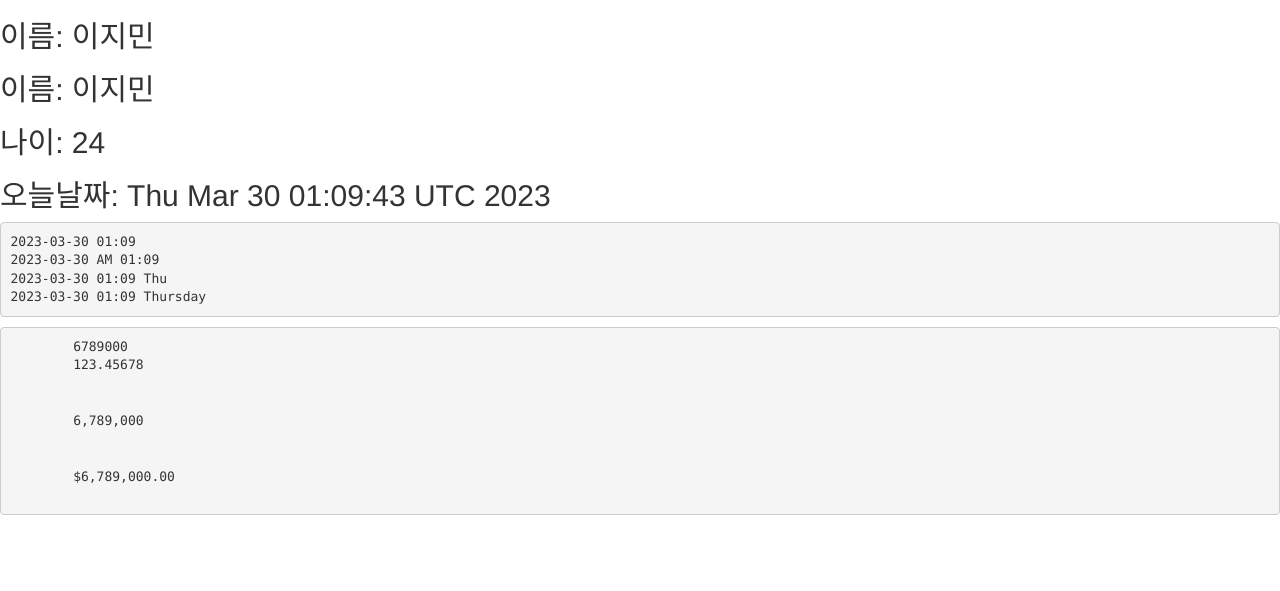
Repository: jungbee2/jungproject
Page: http://localhost/JstlProject/day0330/ex2_jstl_format.jsp
These files come from the project's save history. The page is drawn as it stood at one moment and after the next save; the edit follows.
The browser window is 1280 px wide. The pictures show the whole page.
Some web fonts or font styles are not loaded; a fallback is used. The page is served by Tomcat 9. Other server files are loaded and not shown.

Above is the page before, as saved 2023-03-30 01:35:15.

### JstlProject/src/main/webapp/day0330/ex2_jstl_format.jsp
<%@page import="java.util.Date"%>
<%@ page language="java" contentType="text/html; charset=utf-8"
	pageEncoding="utf-8"%>
<%@ taglib uri="http://java.sun.com/jsp/jstl/core" prefix="c"%>
<%@ taglib uri="http://java.sun.com/jsp/jstl/fmt" prefix="fmt"%>
<!DOCTYPE html>
<html>
<head>
<meta charset="utf-8">
<title>Insert title here</title>

<link
	href="https://fonts.googleapis.com/css2?family=Anton&family=Edu+VIC+WA+NT+Beginner:wght@600&family=Gamja+Flower&family=Single+Day&family=Jua&family=Nanum+Pen+Script&display=swap"
	rel="stylesheet">
<link rel="stylesheet"
	href="https://maxcdn.bootstrapcdn.com/bootstrap/3.4.1/css/bootstrap.min.css">
<script src="https://code.jquery.com/jquery-3.6.3.js"></script>

</head>

<body>
<!-- 변수선언 -->
<c:set var="name" value="이지민"></c:set>
<c:set var="age" value="24"></c:set>
<c:set var="today" value="<%=new Date() %>"/>

<!-- 변수출력 -->
<!-- c:out이 변수출력인데 생략가능 -->
<h2>이름: <c:out value="${name }"/></h2>
<h2>이름: ${name }</h2>
<h2>나이: ${age }</h2>
<h2>오늘날짜: ${today }</h2>

<!-- pattern을 이용한 fmt날짜 형식 -->
<pre>
<fmt:formatDate value="${today }" pattern="yyyy-MM-dd HH:mm"/>
<fmt:formatDate value="${today }" pattern="yyyy-MM-dd a hh:mm"/>
<fmt:formatDate value="${today }" pattern="yyyy-MM-dd HH:mm EEE"/>
<fmt:formatDate value="${today }" pattern="yyyy-MM-dd HH:mm EEEE"/>
</pre>

<c:set var="money" value="6789000"></c:set>
<c:set var="num1" value="123.45678"></c:set>

<!-- jstl에서의 숫자출력양식 -->
<pre>
	${money }
	${num1 }

	<!-- 3자리마다 컴마-->
	<fmt:formatNumber value="${money }" type="number"/>

	<!-- 3자리마다 컴마와 화폐단위-->
	<fmt:formatNumber value="${money }" type="currency"/>

</pre>
</body>
</html>

After the next save:
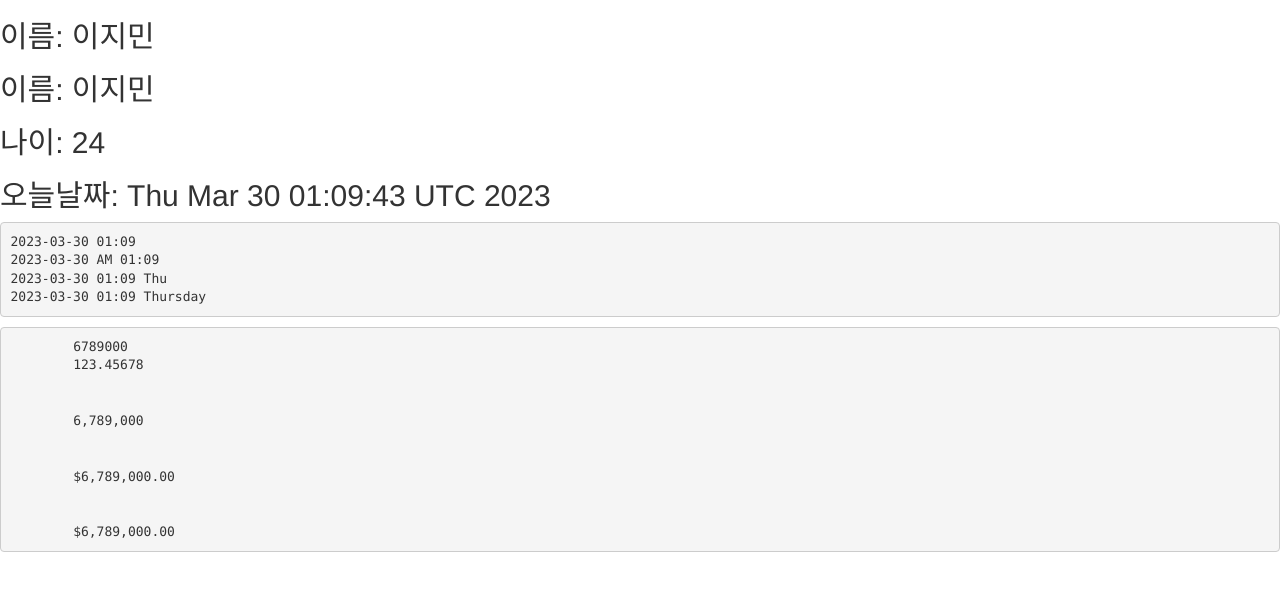
Saved 52 s later.
--- a/JstlProject/src/main/webapp/day0330/ex2_jstl_format.jsp
+++ b/JstlProject/src/main/webapp/day0330/ex2_jstl_format.jsp
@@ -53,6 +53,8 @@
 	<!-- 3자리마다 컴마와 화폐단위-->
 	<fmt:formatNumber value="${money }" type="currency"/>
 
+	<!-- pattern-->
+	<fmt:formatNumber value="${money }" type="currency"/>
 </pre>
 </body>
 </html>
